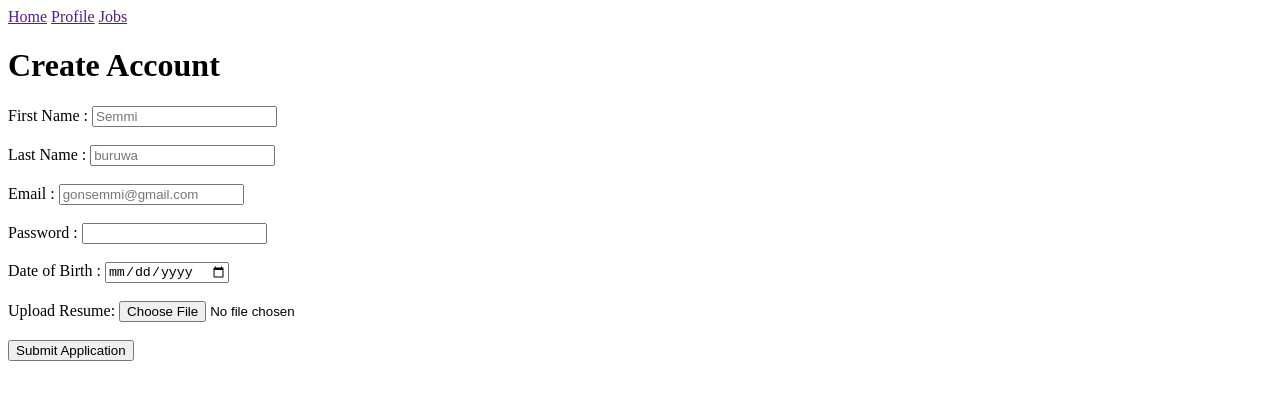
Repository: IT21221064/JobPortal
Page: http://localhost/JobApp/addProfile.jsp
The author's editor kept a copy of each file at every save. The page is drawn from the files as they stood at one save, then again after the next save.
The browser window is 1280 px wide. The pictures show the whole page.
The page is served by Tomcat 9.

Above is the page before, as saved 2023-07-15 16:55:50.

After the next save:
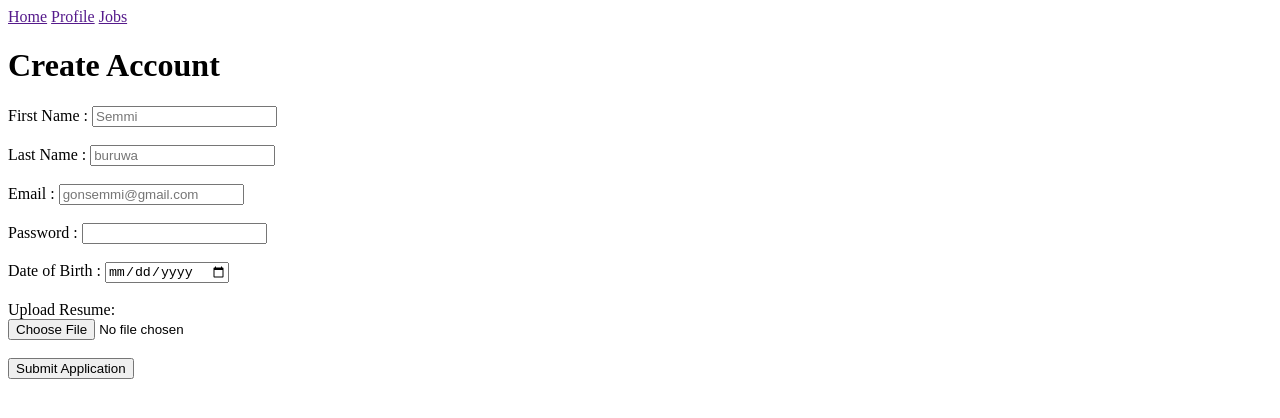
Saved 18 s later.
--- a/Project/JobApp/src/main/webapp/addProfile.jsp
+++ b/Project/JobApp/src/main/webapp/addProfile.jsp
@@ -25,7 +25,7 @@
 <label for ="dob">Date of Birth : </label>
 <input type="date" name="dob" id="dob"><br><br>
 
-<label for="cv">Upload Resume: </label>
+<label for="cv">Upload Resume: </label><br>
 
 
 <input type="file" name="cv" id="cv"><br><br>
